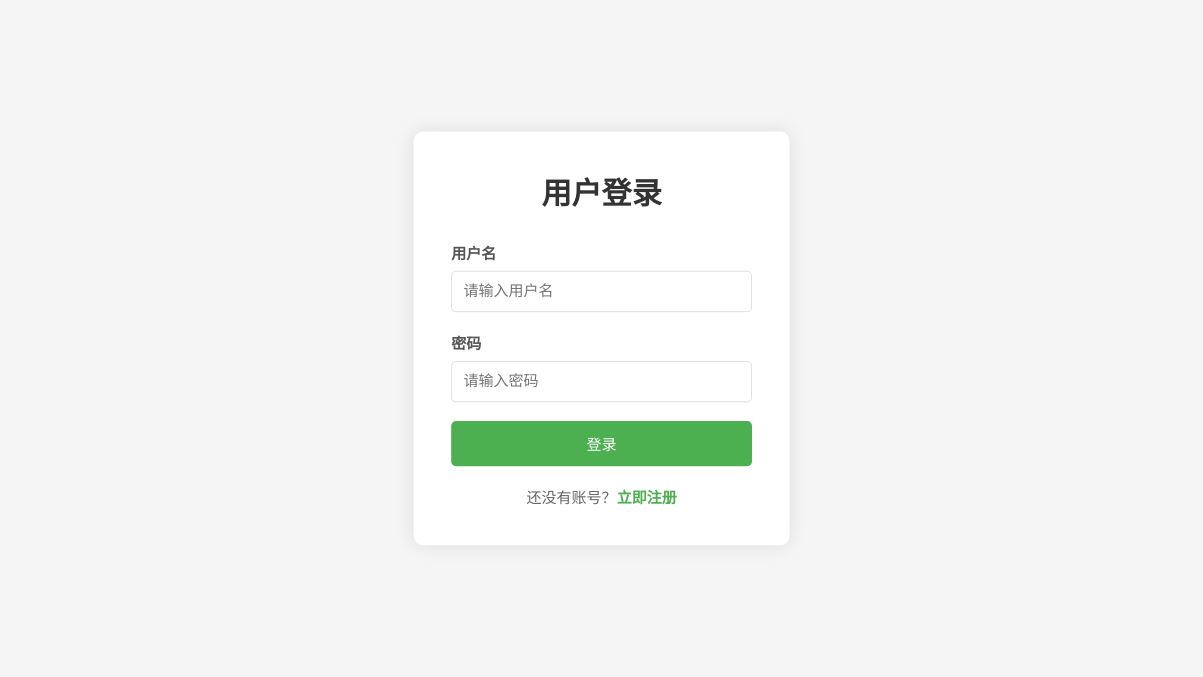
Repository: Jiege005/mytest-software-project
Page: mytest/WebContent/NewFile.html
These files come from the project's save history. The page is drawn as it stood at one moment and after the next save; the edit follows.
The browser window is 1280 px wide. The pictures show the whole page, at 94% of full size.

Above is the page before, as saved 2025-06-18 12:38:36.

After the next save:
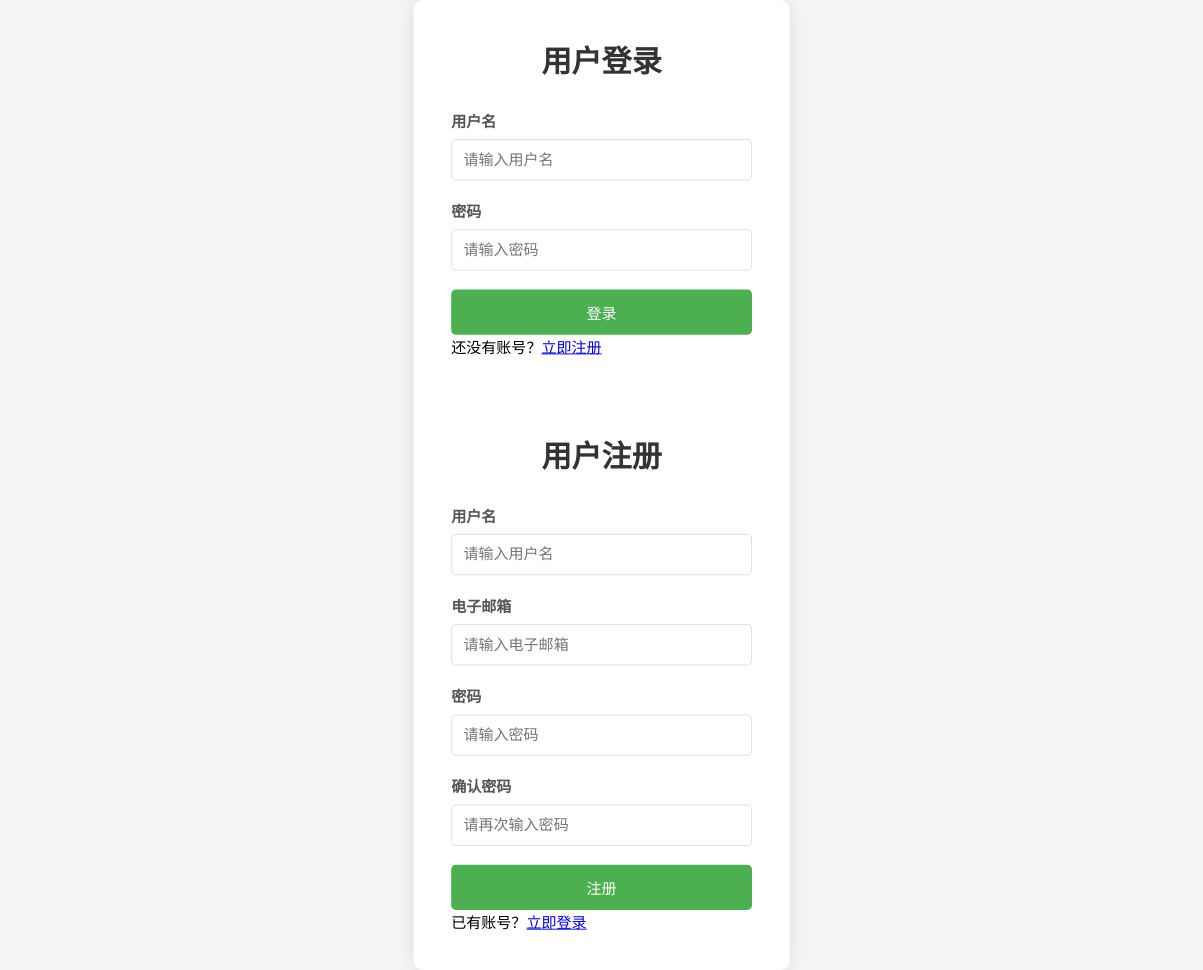
Saved 12 min 50 s later.
--- a/mytest/WebContent/NewFile.html
+++ b/mytest/WebContent/NewFile.html
@@ -76,29 +76,7 @@
             transition: background-color 0.3s;
         }
 
-        .btn:hover {
-            background-color: #45a049;
-        }
 
-        .switch-form {
-            text-align: center;
-            margin-top: 20px;
-            color: #666;
-        }
-
-        .switch-form a {
-            color: #4CAF50;
-            text-decoration: none;
-            font-weight: bold;
-        }
-
-        .switch-form a:hover {
-            text-decoration: underline;
-        }
-
-        .hidden {
-            display: none;
-        }
     </style>
 </head>
 <body>

After the save that followed:
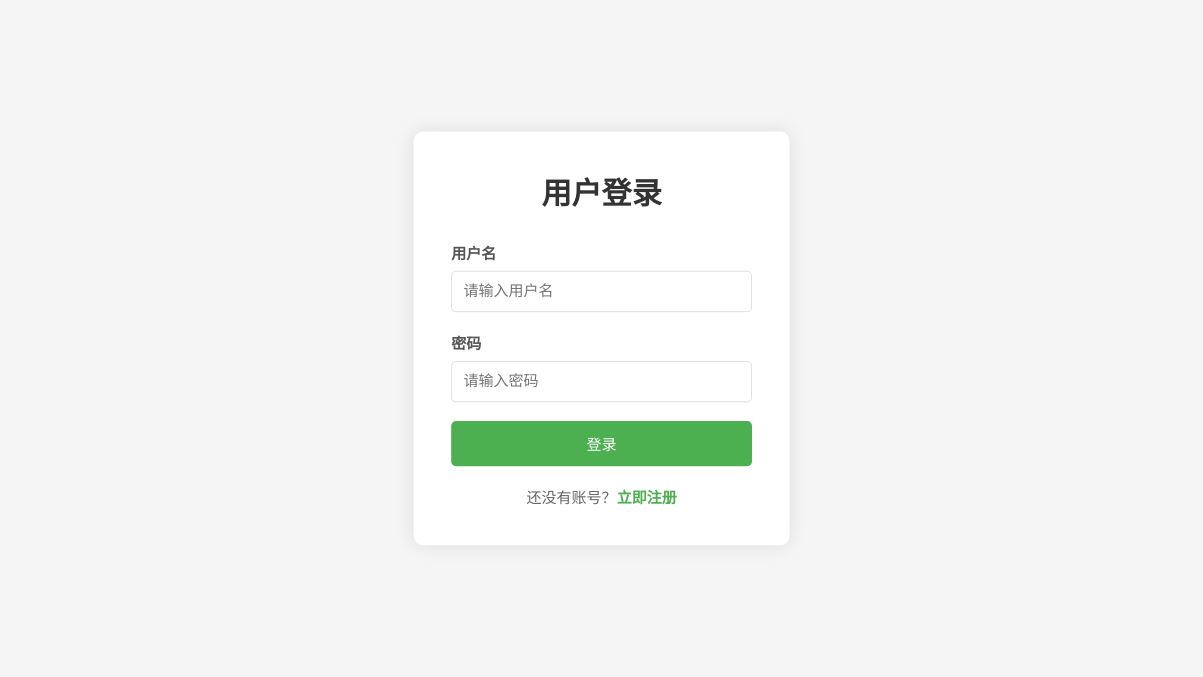
Saved 8 s later.
--- a/mytest/WebContent/NewFile.html
+++ b/mytest/WebContent/NewFile.html
@@ -76,7 +76,29 @@
             transition: background-color 0.3s;
         }
 
+        .btn:hover {
+            background-color: #45a049;
+        }
 
+        .switch-form {
+            text-align: center;
+            margin-top: 20px;
+            color: #666;
+        }
+
+        .switch-form a {
+            color: #4CAF50;
+            text-decoration: none;
+            font-weight: bold;
+        }
+
+        .switch-form a:hover {
+            text-decoration: underline;
+        }
+
+        .hidden {
+            display: none;
+        }
     </style>
 </head>
 <body>
